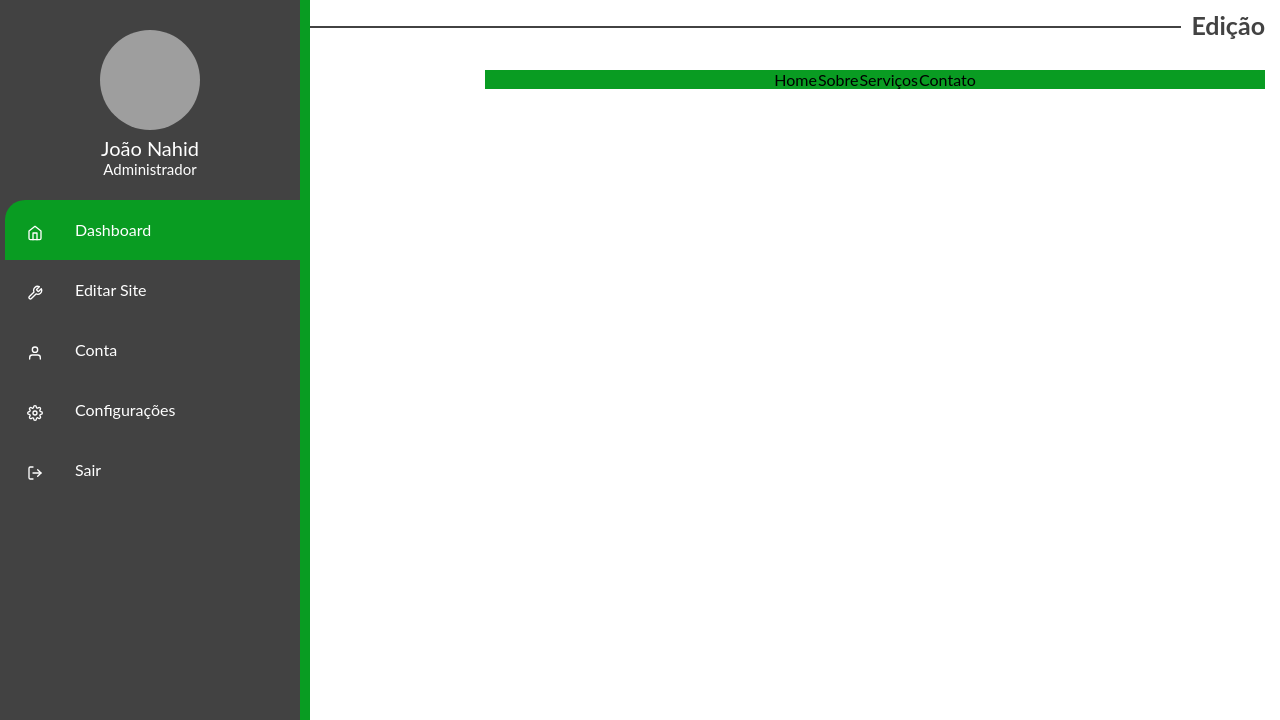
Repository: JoaoNahid/adminSystem
Page: /edicao (app in client/)
These files come from the project's save history. The page is drawn as it stood at one moment and after the next save; the edit follows.
The browser window is 1280 px wide. The pictures show the whole page.
Pictures or frames that could not be fetched are drawn as grey boxes. The page's requests for data from a server got no answer. The project was rebuilt for these pictures with package versions that can differ from the ones it lists, and the page was loaded fresh each time. No one was signed in, and anything a server would have sent is missing. Also part of the build but not shown: client/src/App.css, client/src/routes/login.js, client/src/routes/cadastro.js, client/src/routes/home.js, client/src/routes/404.js, client/src/routes/lote.js, client/src/routes/calculos.js.

Above is the page before, as saved 2022-05-10 19:44:24.

### client/src/App.js
import logo from './logo.svg';
import React, { useState, useEffect } from "react"
import './App.css';
import './css/style.css';
import './css/sidebar.css';


// Router
import { BrowserRouter as Router, Route, Routes } from 'react-router-dom';
// Telas
import Login from './routes/login.js'
import Cadastro from './routes/cadastro.js'
import Home from './routes/home.js'
import Error from './routes/404.js'
import Header from './routes/header.js'
import Lote from './routes/lote.js'
import Calculos from './routes/calculos.js'
import EdicaoPaginas from "./routes/edicaoPaginas"

export default function App() {

  return (
    <Router>
      <div>
        <Header />
        <Routes>
          <Route exact path="/login" element={<Login />} />
          <Route exact path="/cadastro" element={<Cadastro />} />
          <Route exact path="/" element={<Home />} />
          <Route exact path="/home" element={<Home />} />
          <Route exact path="/lote/:id" element={<Lote />} />
          <Route exact path="/calculos" element={<Calculos />} />
          <Route exact path="/edicao" element={<EdicaoPaginas />} />
          <Route path="*" element={<Error />} />
        </Routes>
      </div>
    </Router>
  )
}

### client/src/css/style.css
body{
  margin: 0;
  padding: 0;
  font-family: 'Lato', sans-serif;
}
*{
  margin: 0;
  padding: 0;
  font-family: 'Lato', sans-serif;
}
:root{
  --cor1: #099c22;
  --cor2: #424242;
}

@import url('https://fonts.googleapis.com/css2?family=Lato:ital,wght@0,100;0,300;0,400;0,700;0,900;1,100;1,300;1,400;1,700;1,900&display=swap');


.container{
  max-width: calc(100% - 80px);
  padding: 0 15px;
  margin: 0 auto 0 80px;
}
.nomePagina{
  padding: 8px 0;
  margin-bottom: 15px;
  background-color: #fff;
  display: flex;
  flex-direction: row;
  justify-content: space-between;
  align-items: center;
}

.tituloPagina{
  color: var(--cor2);
  font-size: 30px;
}
.mostrarEstatisticas{
  color: var(--cor2);
  font-size: 30px;
  cursor: pointer;
  transform: rotate(180deg);
}
.flexBox{
  display: flex;
}
.flexRow{
  flex-direction: row;
}
/* SIDEBAR */
.sidebar{
  position: fixed;
  top: 0;
  bottom: 0;
  height: auto;
  width: 70px;
  background-color: var(--cor2);
  box-shadow: 10px 0 0 var(--cor1);
  overflow: hidden;
  transition: 0.5s;
  z-index: 2;
}
.sidebar:hover{
  width: 300px;
}
.sidebar ul{
  position: absolute;
  top: 200px;
  left: 0;
  width: 100%;
  padding-left: 5px;
}
.sidebar ul li{
  position: relative;
  list-style: none;
  width: 100%;
  border-top-left-radius: 20px;
}
.sidebar ul li a{
  position: relative;
  display: flex;
  width: 100%;
  text-decoration: none;
  color: #fff;
}
.sidebar .iconeSidebar{
  position: relative;
  display: block;
  min-width: 60px;
  height: 60px;
  text-align: center;
  line-height: 70px;
}
.sidebar .iconeSidebar ion-icon{
  position: relative;
  font-size: 1.5rem;
  z-index: 1;
}
.sidebar .tituloSidebar{
  position: relative;
  display: block;
  padding-left: 10px;
  height: 60px;
  line-height: 60px;
  white-space: nowrap;
}
.sidebar .active{
  background: var(--cor1);
}
.perfilUsuario{
  position: relative;
  top: 30px;
  display: flex;
  flex-direction: column;
  justify-content: center;
  align-items: center;
}
.fotoUsuario{
  width: 50px;
  height: 50px;
  border-radius: 50%;
  background-size: cover !important;
  background-repeat: no-repeat !important;
  background-position: center !important;
  transition: 0.6s;
}
.sidebar:hover .fotoUsuario{
  width: 100px;
  height: 100px;
}
.sidebar:hover .nomeUsuario,
.sidebar:hover .funcaoUsuario{
  visibility: visible;
  opacity: 1;
  transition: visibility 0s, opacity 0s linear;
}
.nomeUsuario{
  color: #fff;
  font-size: 20px;
  margin-top: 6px;
  visibility: hidden;
  opacity: 0;
  transition: visibility 0s, opacity 0s linear;
}
.funcaoUsuario{
  color: #fff;
  font-size: 15px;
  visibility: hidden;
  opacity: 0;
  transition: visibility 0s, opacity 0s linear;
}
/* FIM SIDEBAR */

/* DASHBOARD */
.areaBlocosEstatisticas{
  display: grid;
  grid-template-columns: repeat(4, 1fr);
  justify-content: center;
  gap: 20px;
  flex-direction: row;
}
@media(max-width: 1064px){
  .areaBlocosEstatisticas{
    grid-template-columns: repeat(2, 1fr);
  }
}
@media(max-width: 651px){
  .areaBlocosEstatisticas{
    grid-template-columns: 1fr;
  }
}
.blocoEstatistica{
  width: auto;
  height: 150px;
  background: var(--cor2);
  color: #fff;
  border-bottom: 3px solid var(--cor1);
  border-top-left-radius: 20px;
  border-top-right-radius: 20px;
  display: flex;
  flex-direction: column;
  justify-content: space-between;
  align-items: center;
  padding: 8px 12px;
}
.tituloEstatistica{
  font-size: 25px;
  text-transform: capitalize;
}
.conteudoEstatistica{
  display: flex;
  flex-direction: row;
  align-items: center;
  justify-content: space-between;
  width: 100%;
  padding-bottom: 25px;
}
.iconeEstatistica{
  width: 85px;
  font-size: 50px;
  z-index: 0;
}
.dadosEstatistica{
  text-align: center;
  width: 100%;
  font-size: 60px;
  color: #fff;
}
.exibirMenu{
  margin-top: -1000px !important;
  transition: .3s;
}
.rotacionarBtn{
  transform: rotate(180deg);
  transition: .7s ease-in;
}
/* FIM DASHBOARD */

/* LOGIN */
#bgAreaLogin{
  background: rgb(9,156,34);
  background: linear-gradient(0deg, rgba(9,156,34,1) 0%, rgba(66,66,66,1) 100%);
  width: 100%;
  height: 100vh;
}
#areaLogin{
  position: absolute;
  top: 0;
  bottom: 0;
  right: 0;
  left: 0;
  margin: auto auto;
  width: 350px;
  height: 400px;
  box-shadow: rgba(0, 0, 0, 0.1) 0px 10px 15px -3px, rgba(0, 0, 0, 0.05) 0px 4px 6px -2px;
  background-color: #fff;
}
.formLogin{
  padding: 15px 45px ;
  display: flex;
  flex-direction: column;
  gap: 15px;
  align-items: center;
  justify-content: center;
  height: 100%;
}
#areaLogin input{
  /* border-top: 0 none;
  border-right: 0 none;
  border-left: 0 none;
  border-color: var(--cor1); */
  border: 0 none;
  background: #42424255;
  color: var(--cor2);
  border-radius: 20px;
  padding: 8px 12px;
  font-size: 15px;
  width: calc(100% - 24px);
}
#areaLogin input::placeholder{
  color: #fff;
}
#areaLogin input:focus{
  outline: none;
}
.btnLogar{
  width: 100% !important;
  background-color: var(--cor2) !important;
  transition: .3s;
  color: #fff !important;
}
.btnLogar:hover{
  background-color: var(--cor1) !important;
  color: #fff !important;
  cursor: pointer;
}
.esqueciASenha{
  font-size: 13px;
  color: var(--cor2);
  text-decoration: none;
}
.esqueciASenha:hover{
  color: inherit;
}

/* FIM LOGIN */


/* INPUTS */
input:focus{
  outline: 0;
}
.formEdicao input{
  border-top: 0 none;
  border-right: 0 none;
  border-left: 0 none;
  border-bottom: 2px solid var(--cor2);
  padding: 0 5px 2px;
  font-size: 15px;
  transition: 0.3s;
  width: 100%;
}
.formEdicao input:focus{
  border-color: var(--cor1);
}
/* FIM INPUTS */

#headerArea{
  height: 50px;
  width: 100%;
  color: #fff;
  text-align: right;
  padding: 10px 0;
}
#headerArea .tituloPagina{
  position: relative;
  height: 100%;
}
#headerArea h3{
  color: var(--cor2);
  background-color: #fff;
  position: absolute;
  width: min-content;
  right: 0;
  font-size: 25px;
  z-index: 10;
  padding-left: 10px;
}
#headerArea .tituloPagina::after{
  content: '';
  background-color: var(--cor2);
  height: 2px;
  width: 100%;
  position: absolute;
  left: 0;
  bottom: 32px;
  z-index: 1;
}

/* PAGINA DE ERRO */
#errorPage{
  width: 100%;
  text-align: center;
  padding-top: 50px;
}

.inputsConversao{
  border: 1px solid #aaa8a8;
  border-radius: 3px;
  width: 350px;
  padding: 8px 10px;
  margin-bottom: 10px;
}
.tituloInput{
  margin-bottom: 3px;
}
#gridLotes{
  display: grid;
  grid-template-columns: repeat(4, 1fr);
  gap: 8px;
}
.boxLote{
  padding: 5px;
  text-align: left;

  color: #fff;
}
.loteFechado{
  background-color: rgb(230, 91, 109);
}
.loteAberto{
  background-color: rgb(36, 133, 189);
}
.boxConversao{
  flex-direction: row;
  justify-content: space-between;
  gap: 10px;
}
.flexChild100{
  width: 100%;
  padding: 15px;
}

.areaEdicaoSite {
  display: grid;
  grid-template-columns: 1fr 1fr 1fr;
  grid-template-rows: 1fr 1fr 1fr;
  gap: 0px 0px;
  grid-auto-flow: row;
  grid-template-areas:
    ". menuPaginasEdicao menuPaginasEdicao"
    "menuItensEdicao formEdicao formEdicao"
    "menuItensEdicao formEdicao formEdicao";
}

.menuPaginasEdicao {
  grid-area: menuPaginasEdicao;
  background-color: var(--cor1);
  display: flex;
  flex-direction: row;
  gap: 1px;
  justify-content: center;
}
.menuPaginasEdicao .div{
  width: 100%;
  background-color: var(--cor2);
  padding: 8px 0;
  text-align: center;
}

.formEdicao { grid-area: formEdicao; }

.menuItensEdicao { grid-area: menuItensEdicao; }

### client/src/css/sidebar.css
/* SIDEBAR */
.sidebar{
  position: fixed;
  top: 0;
  bottom: 0;
  height: auto;
  width: 70px;
  background-color: var(--cor2);
  box-shadow: 10px 0 0 var(--cor1);
  overflow: hidden;
  transition: 0.5s;
  z-index: 2;
}
.sidebar:hover{
  width: 300px;
}
.sidebar ul{
  position: absolute;
  top: 200px;
  left: 0;
  width: 100%;
  padding-left: 5px;
}
.sidebar ul li{
  position: relative;
  list-style: none;
  width: 100%;
  border-top-left-radius: 20px;
}
.sidebar ul li a{
  position: relative;
  display: flex;
  width: 100%;
  text-decoration: none;
  color: #fff;
}
.sidebar .iconeSidebar{
  position: relative;
  display: block;
  min-width: 60px;
  height: 60px;
  text-align: center;
  line-height: 70px;
}
.sidebar .iconeSidebar ion-icon{
  position: relative;
  font-size: 1.5rem;
  z-index: 1;
}
.sidebar .tituloSidebar{
  position: relative;
  display: block;
  padding-left: 10px;
  height: 60px;
  line-height: 60px;
  white-space: nowrap;
}
.sidebar .active{
  background: var(--cor1);
}
.perfilUsuario{
  position: relative;
  top: 30px;
  display: flex;
  flex-direction: column;
  justify-content: center;
  align-items: center;
}
.fotoUsuario{
  width: 50px;
  height: 50px;
  border-radius: 50%;
  background-size: cover !important;
  background-repeat: no-repeat !important;
  background-position: center !important;
  transition: 0.6s;
}
.sidebar:hover .fotoUsuario{
  width: 100px;
  height: 100px;
}
.sidebar:hover .nomeUsuario,
.sidebar:hover .funcaoUsuario{
  visibility: visible;
  opacity: 1;
  transition: visibility 0s, opacity 0s linear;
}
.nomeUsuario{
  color: #fff;
  font-size: 20px;
  margin-top: 6px;
  visibility: hidden;
  opacity: 0;
  transition: visibility 0s, opacity 0s linear;
}
.funcaoUsuario{
  color: #fff;
  font-size: 15px;
  visibility: hidden;
  opacity: 0;
  transition: visibility 0s, opacity 0s linear;
}
/* FIM SIDEBAR */

### client/src/routes/header.js
import React, { useEffect, useState } from "react"

export default function Header() {

    const [pagina, setPagina] = useState()
    useEffect(() => {
        var link = window.location.href
        link = link.split('/')
        link = link[3]

        setTituloPagina(link)
    })

    function setTituloPagina(link){
        if (link === 'edicao') {
            setPagina('Edição')
        } else if(link === 'home'){
            setPagina('Home')
        } else if(link === 'contato'){
            setPagina('Contato')
        }
    }

    return(
        <div className="container">
            <div id="headerArea">
                <div className="tituloPagina">
                    <h3>{pagina}</h3>
                </div>
            </div>
        </div>
    )
}

### client/src/routes/edicaoPaginas.js
import React, { Component, useState, useEffect } from "react"
import Axios from "axios"
import Sidebar from '../components/sidebar.js'
import { VerificaLogin } from '../components/verificaLogin.js'
import MenuPaginas from '../components/menuPaginasEdicao'
import MenuItens from '../components/menuItensEdicao'

export default function EdicaoPaginas(){
    VerificaLogin();




    return(

        <div>
            <Sidebar />
            <div className="container">
                <div className="areaEdicaoSite">
                    <MenuPaginas />
                    <div class="formEdicao">

                    </div>
                    <MenuItens />
                </div>
            </div>
        </div>
    )
}

### client/src/components/sidebar.js
import React, { Component } from "react"
import { FiLogOut, FiUser, FiGrid, FiHome, FiSettings, FiTool } from "react-icons/fi"

export default class Sidebar extends Component {

    constructor(){
        super()
        this.state = {

        }
    }

    componentDidMount(){

        const listaSidebar = document.querySelectorAll('.lista');
        function menuAtivo() {
            listaSidebar.forEach((item) =>
                item.classList.remove('active'))
            var menu = this.id
            localStorage.setItem('active', menu)
        }
        listaSidebar.forEach((item) =>
            item.addEventListener('click', menuAtivo));

        document.getElementsByClassName('fotoUsuario')[0].style.background = "url(img/nahid.jpg)"

    }

    logout = (e) => {
        localStorage.removeItem('id');
        localStorage.removeItem('token');
        window.location.href="/login"
    }



    render(){
        return(
            <div className="sidebar">
                <div className="perfilUsuario">
                    <div className="fotoUsuario"></div>
                    <span className="nomeUsuario">João Nahid</span>
                    <span className="funcaoUsuario">Administrador</span>
                </div>
                <ul>
                    <li id='menu-1' className="lista active">
                        <a href="/home">
                            <span className="iconeSidebar">
                                <FiHome />
                            </span>
                            <span className="tituloSidebar">Dashboard</span>
                        </a>
                    </li>

                    <li id='menu-2' className="lista">
                        <a href="/edicao">
                            <span className="iconeSidebar">
                                <FiTool />
                            </span>
                            <span className="tituloSidebar">Editar Site</span>
                        </a>
                    </li>

                    <li id='menu-3' className="lista">
                        <a href="#">
                            <span className="iconeSidebar">
                                <FiUser />
                            </span>
                            <span className="tituloSidebar">Conta</span>
                        </a>
                    </li>

                    <li id='menu-4' className="lista">
                        <a href="#">
                            <span className="iconeSidebar">
                                <FiSettings />
                            </span>
                            <span className="tituloSidebar">Configurações</span>
                        </a>
                    </li>

                    <li id='menu-5' className="lista" onClick={(e) => this.logout()}>
                        <a href="#">
                            <span className="iconeSidebar">
                                <FiLogOut />
                            </span>
                            <span className="tituloSidebar">Sair</span>
                        </a>
                    </li>
                </ul>
            </div>

        )
    }
}

### client/src/components/verificaLogin.js
import { useEffect } from "react"
import Axios from "axios"

export function VerificaLogin(){

    useEffect(() => {

        var id = localStorage.getItem('id')
        var token = localStorage.getItem('token')

        getUser(id, token)
    })

    function getUser(id, token){
        Axios.get('http://localhost:3001/conexoesUsuarios',{
            params: {
                id: id,
                token: token
            }
        }).then((response) => {
            var dadosDoServidor = response.data
            if(dadosDoServidor.length === 0){
                localStorage.removeItem('id')
                localStorage.removeItem('token')
                window.location.href = "/login"
            }
        })
    }
}

### client/src/components/menuPaginasEdicao.js
import React, { Component} from "react"

export default class MenuPaginas extends Component{

        render(){
            return(
                <div className="menuPaginasEdicao">
                    <div>Home</div>
                    <div>Sobre</div>
                    <div>Serviços</div>
                    <div>Contato</div>
                </div>
            )
        }
}

### client/src/components/menuItensEdicao.js
import React, { Component } from "react"

export default class MenuItens extends Component{

    render() {
        return(
            <div class="menuItensEdicao">

            </div>
        )
    }
}

Loaded but not shown: client/public/index.html (common file); client/src/index.js (common file); client/src/index.css (common file); client/src/reportWebVitals.js (common file)

After the next save:
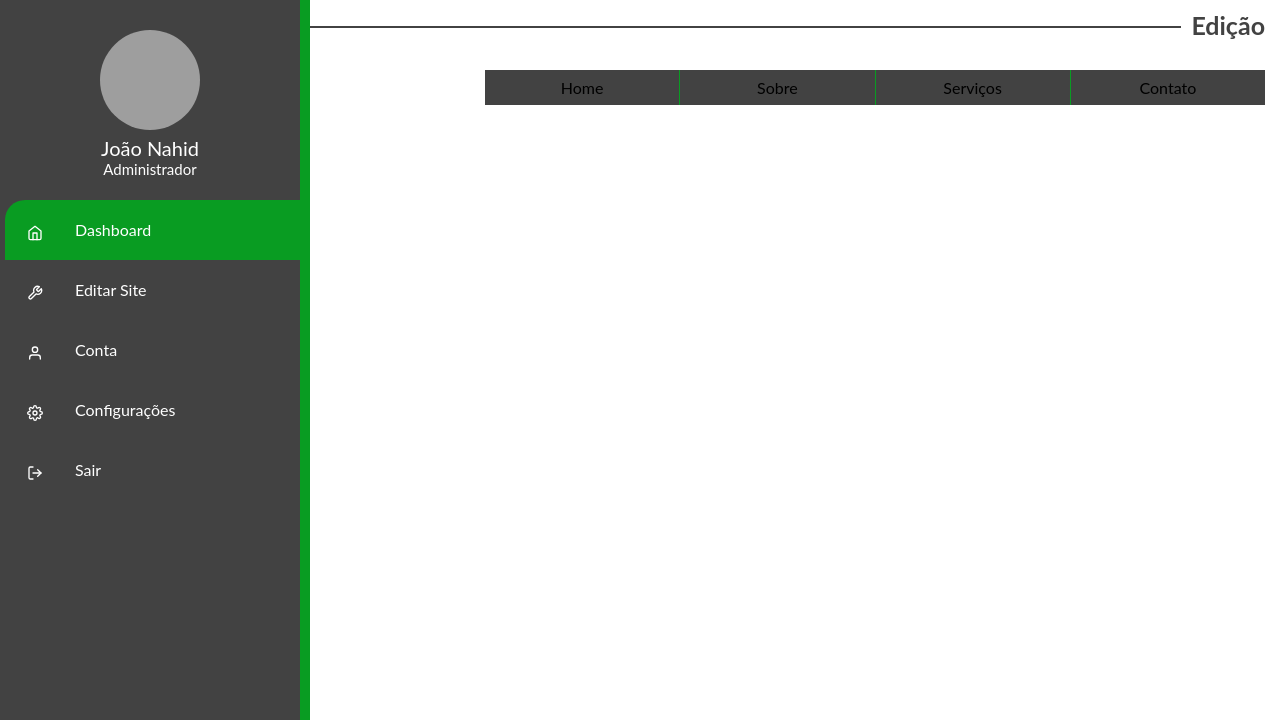
Saved 39 s later.
--- a/client/src/css/style.css
+++ b/client/src/css/style.css
@@ -401,7 +401,7 @@ input:focus{
   gap: 1px;
   justify-content: center;
 }
-.menuPaginasEdicao .div{
+.menuPaginasEdicao div{
   width: 100%;
   background-color: var(--cor2);
   padding: 8px 0;
